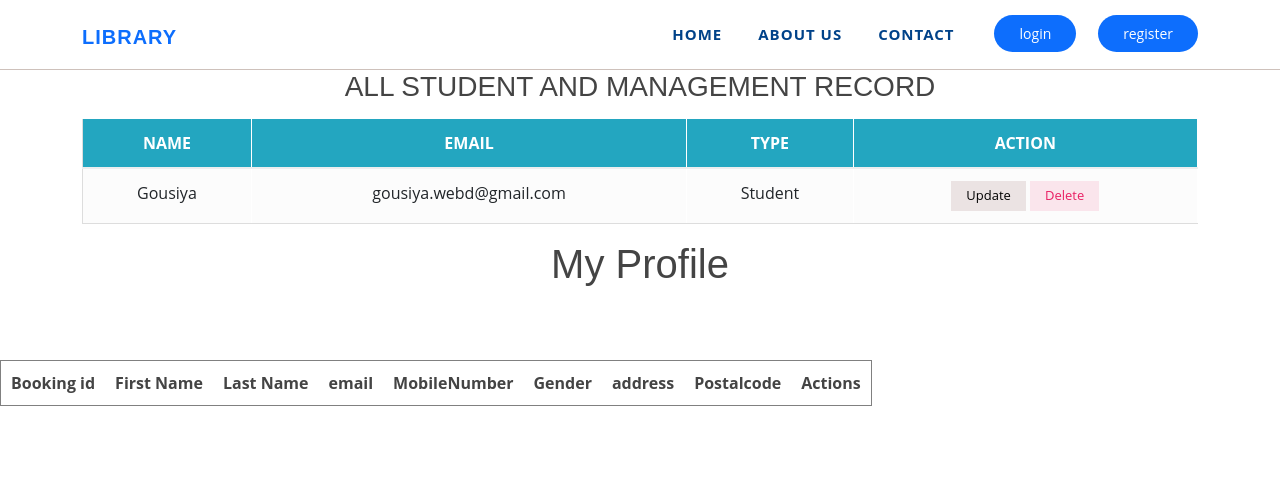
Repository: gousiya669/edubridgeprojects
Page: http://localhost/index
These files come from the project's save history. The page is drawn as it stood at one moment and after the next save; the edit follows.
The browser window is 1280 px wide. The pictures show the whole page.
The page is this project's Thymeleaf template; nobody is signed in. The template is opened directly, without the code that normally fills it, so the values that code supplies are empty.

Above is the page before, as saved 2021-10-05 06:10:56.

After the next save:
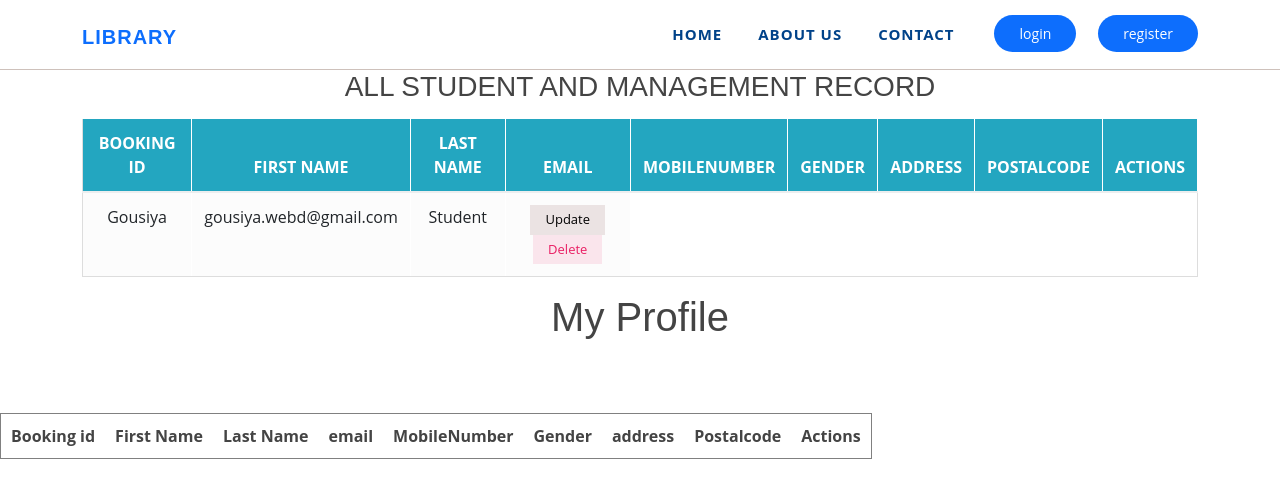
Saved 22 s later.
--- a/java code/eclipse-workspace/shoppingmart/src/main/resources/templates/index.html
+++ b/java code/eclipse-workspace/shoppingmart/src/main/resources/templates/index.html
@@ -240,14 +240,17 @@ a
                <table class="table">
                 <thead>
                   <tr>
-                    <th>Name</th>
-                    <th>Email</th>
-                    <th>Type</th>
-
-
-
-                    <th>Action</th>
-                  </tr>
+                <th>Booking id</th>
+                <th>First Name</th>
+                <th>Last Name</th>
+                <th>email</th>
+                <th>MobileNumber</th>
+                <th> Gender</th>
+                <th>address</th>
+                 <th>Postalcode</th>
+                  <th>Actions</th>
+
+            </tr>
                 </thead>
                 <tbody>
                   <tr>
